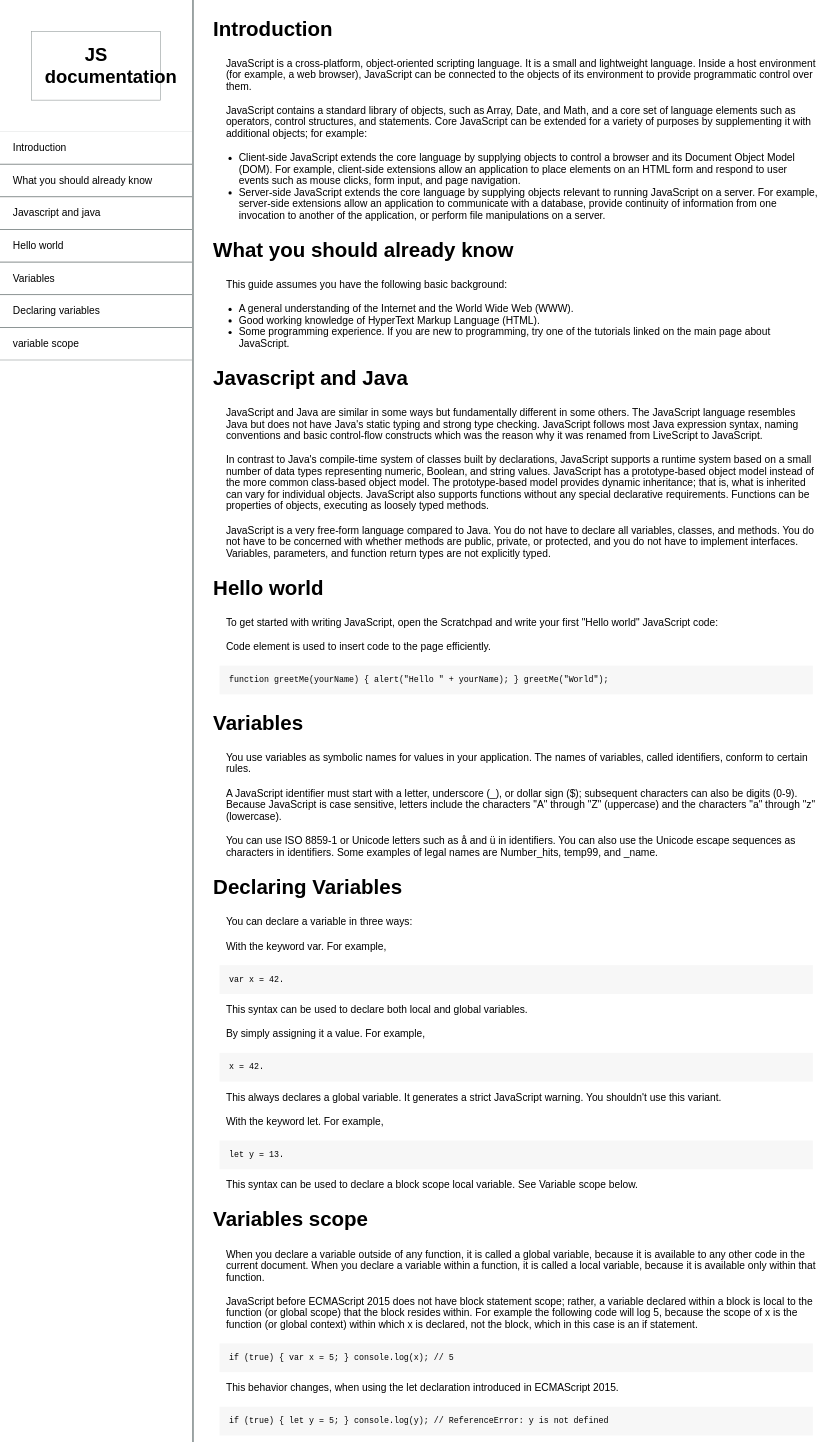
Repository: Pafestivo/Technical-documentation
Page: index.html
An editor plug-in stored every save of this project. The page is shown before and after a run of saves, followed by the edit.
The browser window is 1280 px wide. The pictures show the whole page, at 64% of full size.

Above is the page before, as saved 2022-09-07 14:24:31.

After the next 2 saves:
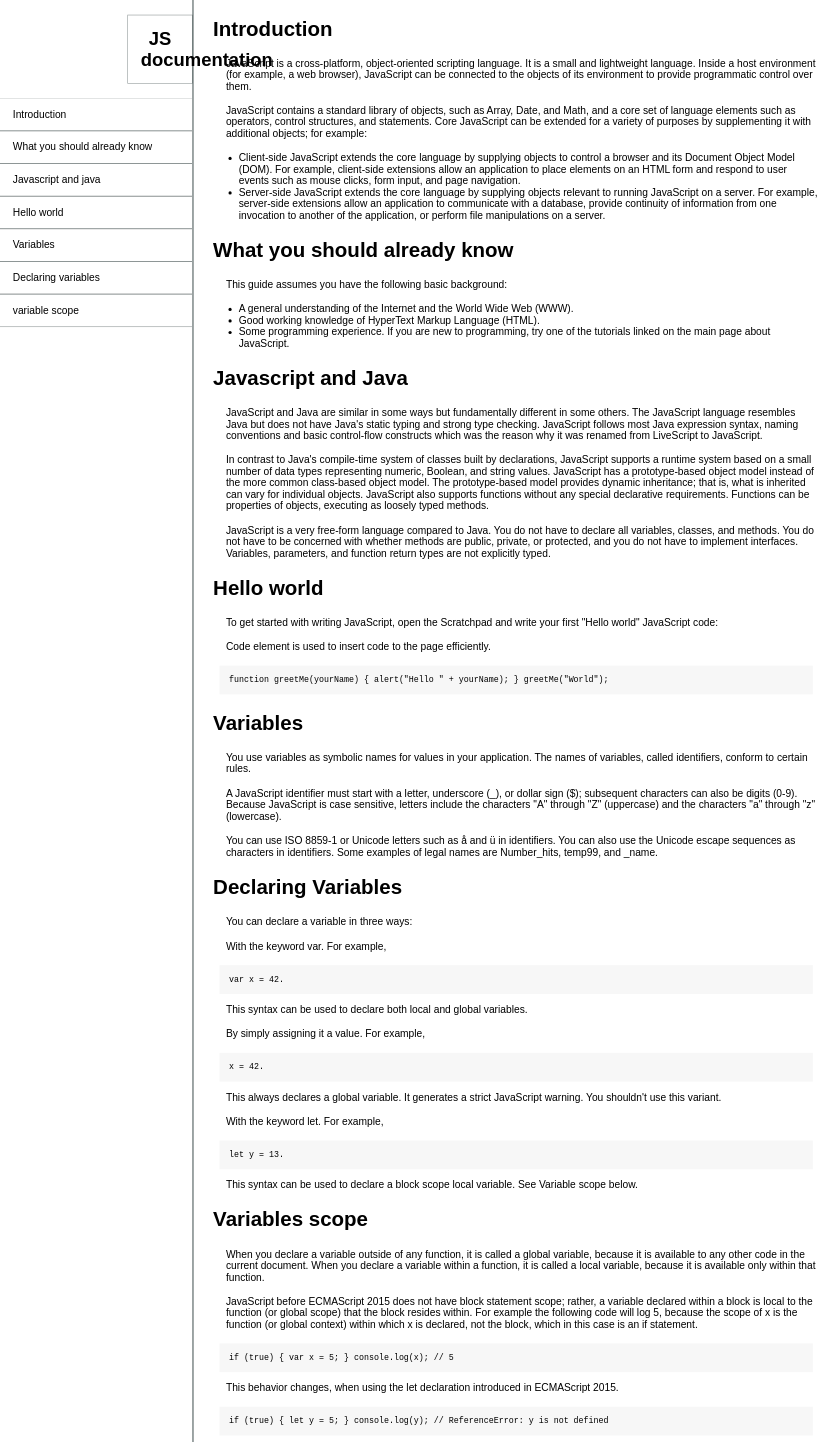
The 2 saves are shown as one change because they came seconds apart.
The last was saved 12 s later.
--- a/styles.css
+++ b/styles.css
@@ -23,7 +23,7 @@ body {
 }
 
 #navbar header h1{
-  margin: 50px;
+  margin-left: 200px;
   padding: 20px;
   font-size: 1.8rem;
   border: 1px solid rgba(0, 22, 22, 0.4);
